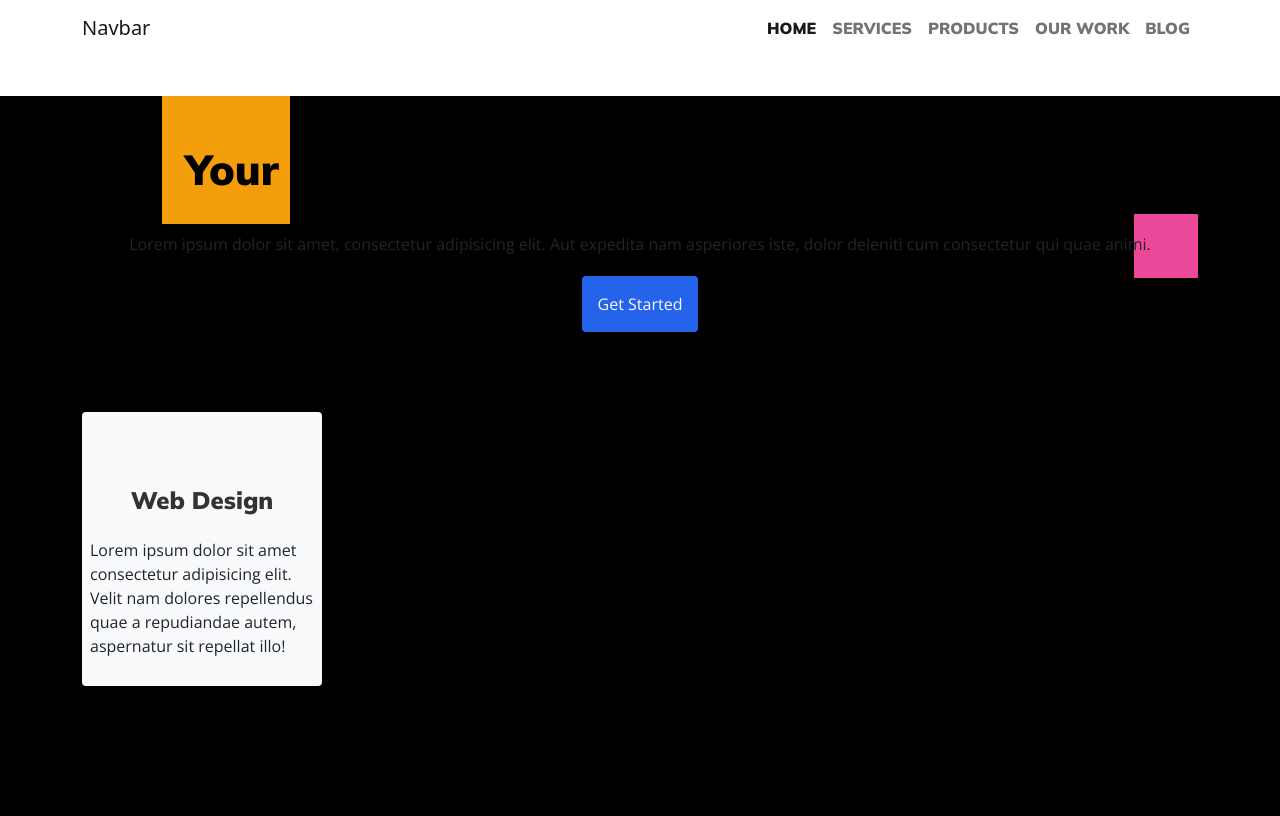
Repository: latenightsnacc/super-octo-fortnight
Page: index.html
The author's editor kept a copy of each file at every save. The page is drawn from the files as they stood at one save, then again after the next save.
The browser window is 1280 px wide. The pictures show the whole page.
Some web libraries are served in a nearby version. The style sheet was rebuilt from its Sass, Less or Tailwind sources for each picture, by a compiler version that may differ from the author's.

Above is the page before, as saved 2021-01-29 13:09:46.

### index.html
<!DOCTYPE html>
<html lang="en">
<head>
    <meta charset="UTF-8">
    <meta name="viewport" content="width=device-width, initial-scale=1.0">
    <!--Tailwind 2.0.2-->
    <link href="https://cdnjs.cloudflare.com/ajax/libs/tailwindcss/2.0.2/tailwind.min.css" rel="stylesheet">
    <!--Font Awesome 5.15.1-->
    <link rel="stylesheet" href="https://cdnjs.cloudflare.com/ajax/libs/font-awesome/5.15.1/css/all.min.css" integrity="sha512-+4zCK9k+qNFUR5X+cKL9EIR+ZOhtIloNl9GIKS57V1MyNsYpYcUrUeQc9vNfzsWfV28IaLL3i96P9sdNyeRssA==" crossorigin="anonymous" />
    <!-- Bootstrap 5.0.0 Beta-->
    <link href="https://cdn.jsdelivr.net/npm/bootstrap@5.0.0-beta1/dist/css/bootstrap.min.css" rel="stylesheet" integrity="sha384-giJF6kkoqNQ00vy+HMDP7azOuL0xtbfIcaT9wjKHr8RbDVddVHyTfAAsrekwKmP1" crossorigin="anonymous" />
    <!-- UIkit CSS -->
    <link rel="stylesheet" href="https://cdn.jsdelivr.net/npm/uikit@3.6.9/dist/css/uikit.min.css" />
    <link rel="apple-touch-icon" sizes="180x180" href="/apple-touch-icon.png">
    <link rel="icon" type="image/png" sizes="32x32" href="/favicon-32x32.png">
    <link rel="icon" type="image/png" sizes="16x16" href="/favicon-16x16.png">
    <link rel="manifest" href="/site.webmanifest">
    <!--Custom Stylesheet-->
    <link rel="stylesheet" href="stylesheet/stylesheet.css">
    <title>TrySpade - Digital Agency</title>
</head>
<body class="overflow-x-hidden bg-black min-h-screen" >
    <main class="w-full mx-auto">
        <header>
            <nav class="navbar navbar-expand-lg navbar-light bg-transparent fixed-top">
                <div class="container">
                  <a class="navbar-brand" href="#">Navbar</a>
                  <button class="navbar-toggler" type="button" data-bs-toggle="collapse" data-bs-target="#navbarSupportedContent" aria-controls="navbarSupportedContent" aria-expanded="false" aria-label="Toggle navigation">
                    <span class="navbar-toggler-icon"></span>
                  </button>
                  <div class="collapse navbar-collapse" id="navbarSupportedContent">
                    <ul class="navbar-nav ml-auto mb-2 mb-lg-0">
                        <li class="nav-item">
                            <a class="nav-link active text-base uppercase" aria-current="page" href="#">Home</a>
                        </li>
                        <li class="nav-item">
                            <a class="nav-link text-base uppercase" href="#">services</a>
                        </li>
                        <li class="nav-item">
                            <a class="nav-link text-base uppercase" href="#">products</a>
                        </li>
                        <li class="nav-item">
                            <a class="nav-link text-base uppercase" href="#">our work</a>
                        </li>
                        <li class="nav-item">
                            <a class="nav-link text-base uppercase" href="#">blog</a>
                        </li>

                    </ul>
                  </div>
                </div>
            </nav>
        </header>
        <!--Banner-->
        <section id="banner" class="w-full mt-24">
            <div class="container">
                <div class="relative flex flex-col items-center h-auto">
                    <div class="z-10 text-black text-2xl text-center title">Welcome to Tryspade Digital Agency</div>
                    <h1 class="z-10 text-center text-black leading-loose m-0">Your one stop agency for everything digital!</h1>
                    <p class="z-10 text-center">Lorem ipsum dolor sit amet, consectetur adipisicing elit. Aut expedita nam asperiores iste, dolor deleniti cum consectetur qui quae animi.</p>
                    <!--BOXES-->
                    <div class=" absolute top-0 left-20">
                        <div class="z-0 border-2 border-yellow-500 bg-yellow-500 w-32 h-32"></div>
                    </div>

                    <div class="absolute top-50 right-0">
                        <div class="z-0 border-2 border-pink-500 bg-pink-500 w-16 h-16"></div>
                    </div>
                    <div class="flex justify-center">
                        <button class="bg-blue-600 p-3 font-lg text-gray-50 shadow-lg rounded focus:outline-none">Get Started</button>
                    </div>
                </div>
            </div>
        </section>
        <!--SERVICES-->
        <section id="services" class="my-20">
            <div class="container">
                <div class="row">
                    <div class="col-xs-12 col-sm-12 col-md-4 col-lg-3 col-xl-3">
                        <div class="w-60 h-auto bg-gray-50 shadow-2xl rounded p-2">
                            <a href="#">
                                <i class="fa fa-web"></i>
                            </a>
                            <h3 class="text-center">Web Design</h3>
                            <p>Lorem ipsum dolor sit amet consectetur adipisicing elit. Velit nam dolores repellendus quae a repudiandae autem, aspernatur sit repellat illo!</p>
                        </div>
                    </div>
                </div>
            </div>
        </section>
        <!-- <svg xmlns="http://www.w3.org/2000/svg" viewBox="0 0 1440 320"><path fill="#0099ff" fill-opacity="1" d="M0,320L48,282.7C96,245,192,171,288,122.7C384,75,480,53,576,69.3C672,85,768,139,864,170.7C960,203,1056,213,1152,208C1248,203,1344,181,1392,170.7L1440,160L1440,0L1392,0C1344,0,1248,0,1152,0C1056,0,960,0,864,0C768,0,672,0,576,0C480,0,384,0,288,0C192,0,96,0,48,0L0,0Z"></path></svg> -->
        <!-- <svg xmlns="http://www.w3.org/2000/svg" viewBox="0 0 1440 320"><path fill="#0099ff" fill-opacity="1" d="M0,64L48,96C96,128,192,192,288,213.3C384,235,480,213,576,170.7C672,128,768,64,864,42.7C960,21,1056,43,1152,64C1248,85,1344,107,1392,117.3L1440,128L1440,0L1392,0C1344,0,1248,0,1152,0C1056,0,960,0,864,0C768,0,672,0,576,0C480,0,384,0,288,0C192,0,96,0,48,0L0,0Z"></path></svg> -->
    </main>
    <!-- UIkit JS -->
    <script src="https://cdn.jsdelivr.net/npm/uikit@3.6.9/dist/js/uikit.min.js"></script>
    <script src="https://cdn.jsdelivr.net/npm/uikit@3.6.9/dist/js/uikit-icons.min.js"></script>
    <script src="https://cdn.jsdelivr.net/npm/bootstrap@5.0.0-beta1/dist/js/bootstrap.bundle.min.js" integrity="sha384-ygbV9kiqUc6oa4msXn9868pTtWMgiQaeYH7/t7LECLbyPA2x65Kgf80OJFdroafW" crossorigin="anonymous"></script>
    <!-- Start of HubSpot Embed Code -->
  <script type="text/javascript" id="hs-script-loader" async defer src="//js.hs-scripts.com/9284931.js"></script>
  <!-- End of HubSpot Embed Code -->
</body>
</html>

### Stylesheet/stylesheet.scss
@import 'variables';
@import 'bg';

h1, h2, h3, h4, h5, h6, .nav-link, button, .title {
    font-family: $fontBold;
}
p, button {
    font-family: $fontRegular;
}

### Stylesheet/_variables.scss
@import url('https://fonts.googleapis.com/css2?family=Mulish:wght@900&family=Open+Sans&display=swap');

$fontBold: 'Mulish', sans-serif;
$fontRegular:'Open Sans', sans-serif;
$white: white;

### Stylesheet/bg.scss
.background {
    background-color: white;
    position: relative;
    min-height: 100vh;
    min-width:100vw;
    overflow-x: hidden;

  .wrapper{
    z-index: 1;
  }


  .cube {
    position: absolute;
    top: 80vh;
    left: 45vw;
    width: 10px;
    height: 10px;
    border: solid 1px darken(lightgrey, 10%);
    transform-origin: top left;
    transform: scale(0) rotate(0deg) translate(-50%, -50%);
    animation: cube 12s ease-in forwards infinite;

    &:nth-child(2n) {
      border-color: lighten(lightgrey, 10%);
    }

    &:nth-child(2) {
      animation-delay: 2s;
      left: 25vw;
      top: 40vh;
    }

    &:nth-child(3) {
      animation-delay: 4s;
      left: 75vw;
      top: 50vh;
    }

    &:nth-child(4) {
      animation-delay: 6s;
      left: 90vw;
      top: 10vh;
    }

    &:nth-child(5) {
      animation-delay: 8s;
      left: 10vw;
      top: 85vh;
    }

    &:nth-child(6) {
      animation-delay: 10s;
      left: 50vw;
      top: 10vh;
    }


}

@keyframes cube {
        from {
        transform: scale(0) rotate(0deg) translate(-50%, -50%);
        opacity: 1;
        }
        to {
        transform: scale(20) rotate(960deg) translate(-50%, -50%);
        opacity: 0;
        }
    }
}

After the next save:
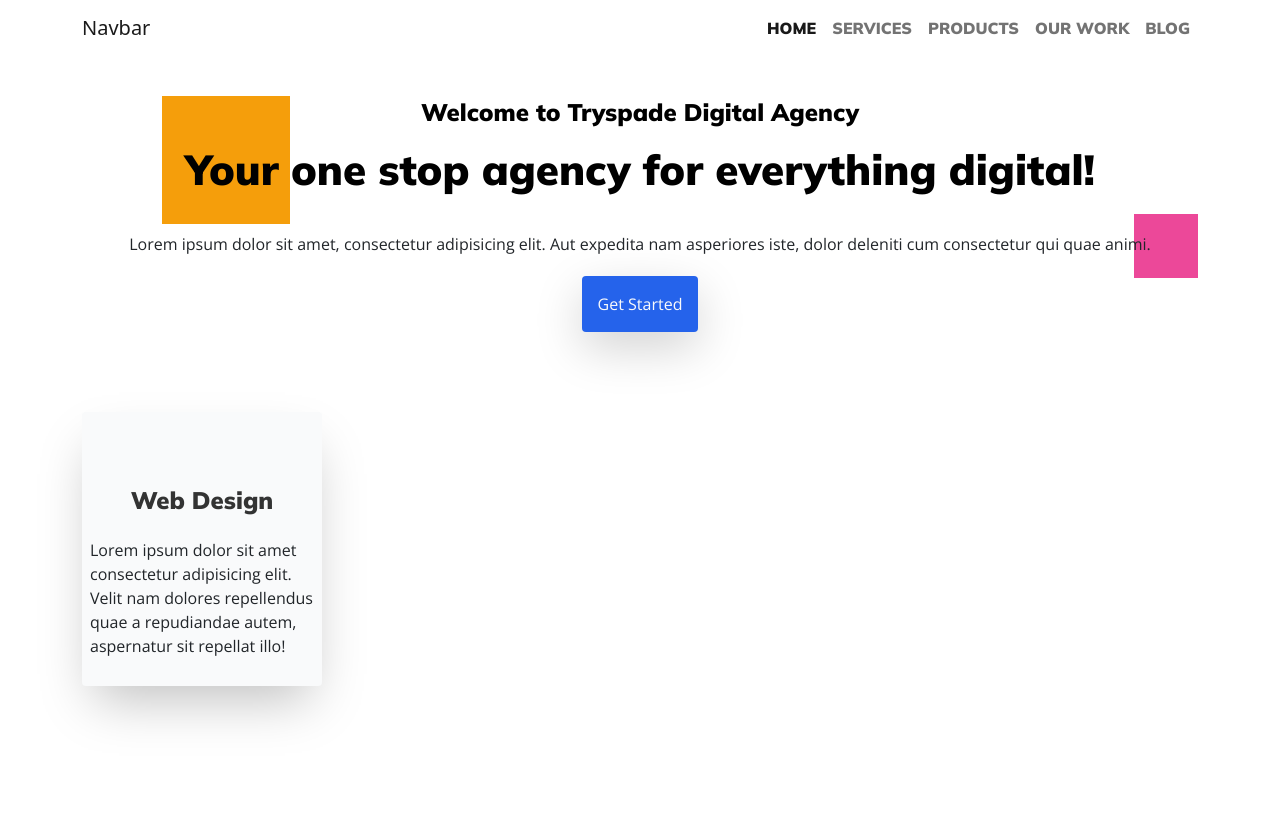
Saved 15 s later.
--- a/index.html
+++ b/index.html
@@ -19,7 +19,7 @@
     <link rel="stylesheet" href="stylesheet/stylesheet.css">
     <title>TrySpade - Digital Agency</title>
 </head>
-<body class="overflow-x-hidden bg-black min-h-screen" >
+<body class="overflow-x-hidden min-h-screen" >
     <main class="w-full mx-auto">
         <header>
             <nav class="navbar navbar-expand-lg navbar-light bg-transparent fixed-top">
